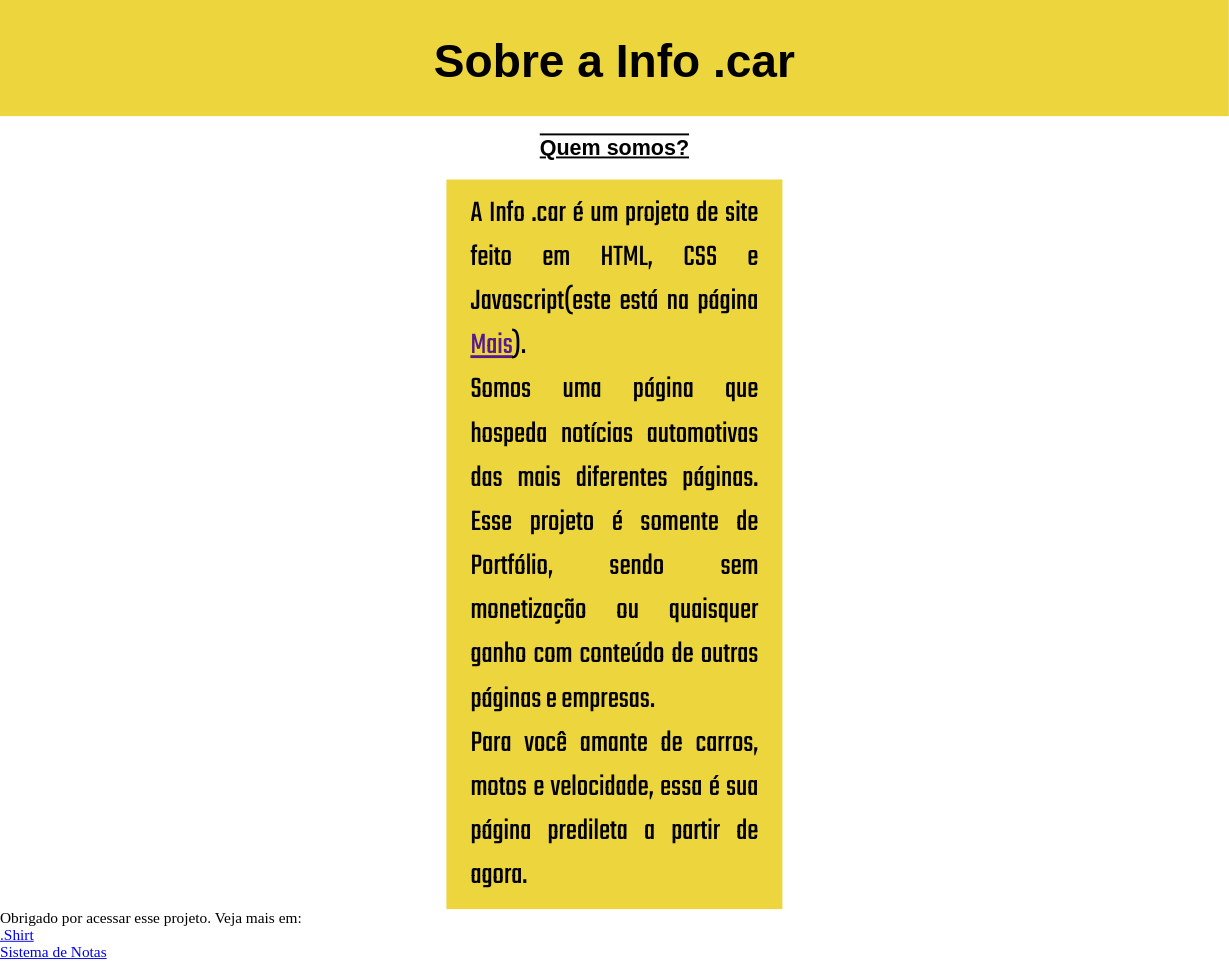
Repository: Leonngc/projeto-info.car
Page: sobre.html
These files come from the project's save history. The page is drawn as it stood at one moment and after the next save; the edit follows.
The browser window is 1280 px wide. The pictures show the whole page, at 96% of full size.
Some web fonts or font styles are not loaded; a fallback is used.

Above is the page before, as saved 2022-11-05 15:41:59.

After the next save:
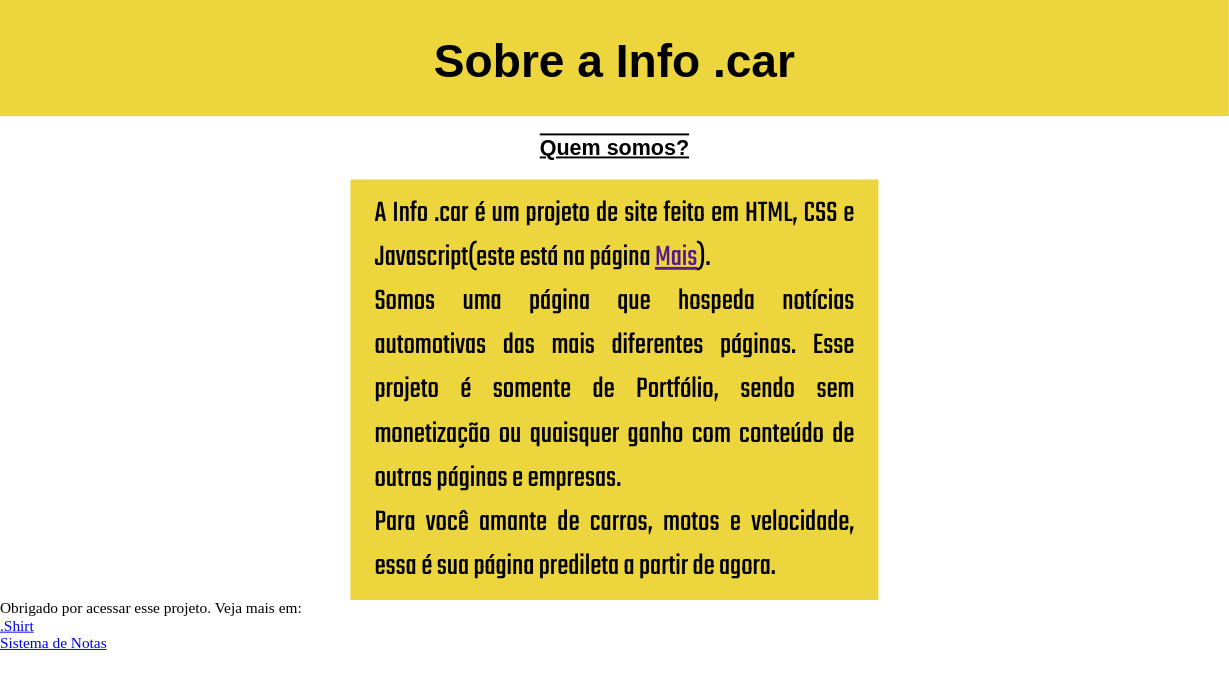
Saved 9 s later.
--- a/sobre.css
+++ b/sobre.css
@@ -44,7 +44,7 @@ article > p{
    font-size: 2em;
    text-align: justify;
    margin: auto;
-   width: 250px;
+   width: 500px;
    min-width: 300px;
    min-height: 300px;
    padding: 12px 25px 12px 25px;
